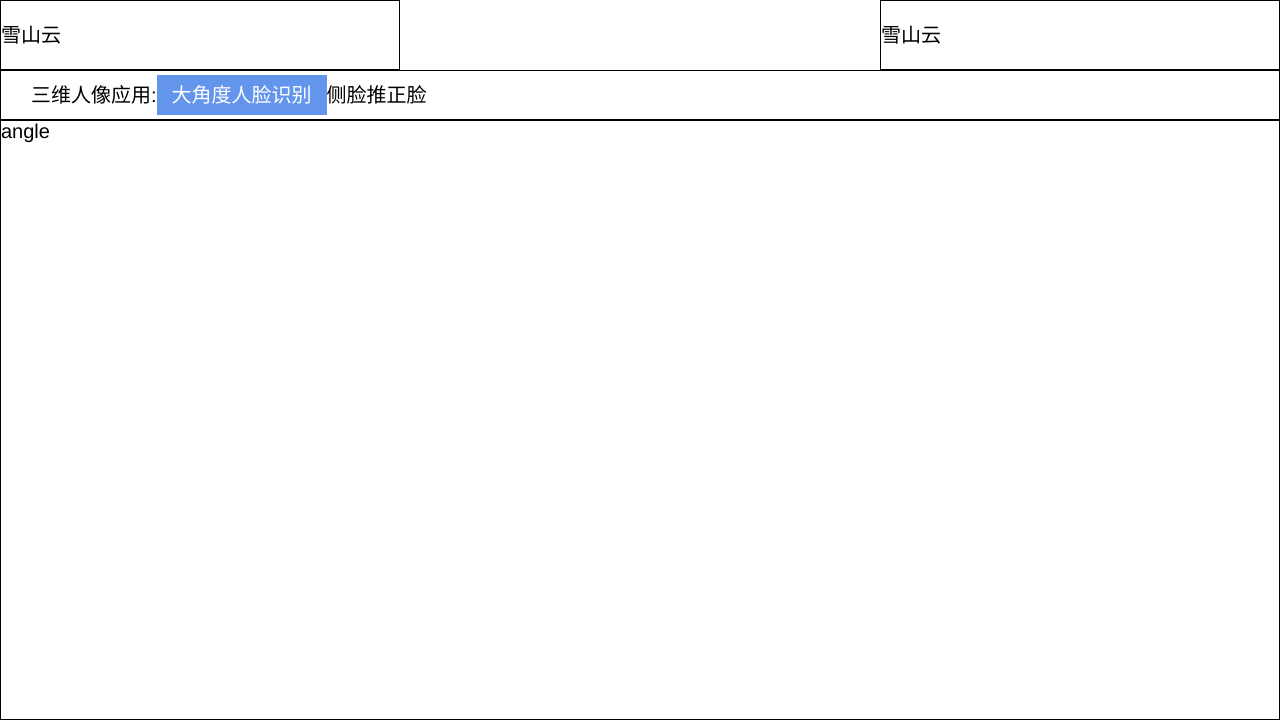
Repository: fyt2020/pubilcDemlo
Page: /
An editor plug-in stored every save of this project. The page is shown before and after the next save, followed by the edit.
The browser window is 1280 px wide. The pictures show the whole page.
The project was rebuilt for these pictures with package versions that can differ from the ones it lists, and the page was loaded fresh each time.

Above is the page before, as saved 2020-04-27 12:15:09.

After the next save:
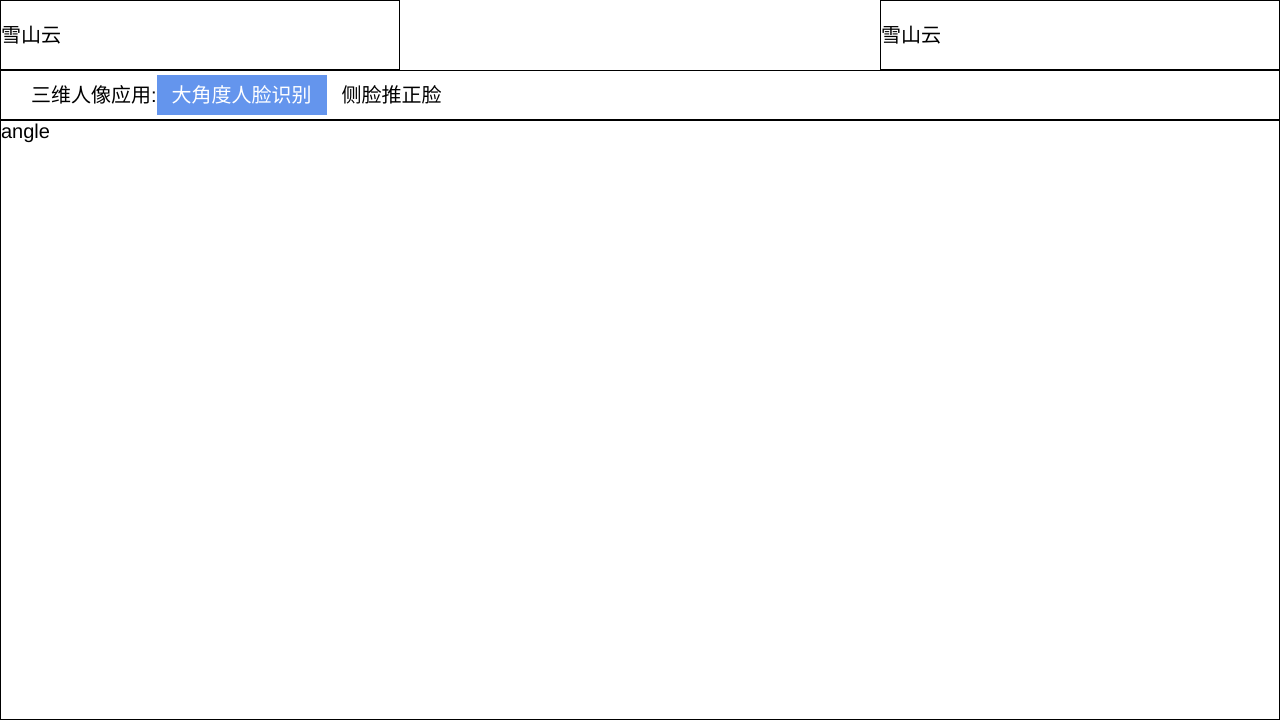
Saved 15 s later.
--- a/src/pages/Home.vue
+++ b/src/pages/Home.vue
@@ -15,7 +15,7 @@
       <div class="navigation">
             <span>三维人像应用:</span>
             <router-link tag="li" :to="{name:'bigAngle'}" class="navigation__item">大角度人脸识别</router-link>
-            <router-link tag="li" :to="{name:'face'}">侧脸推正脸</router-link>
+            <router-link tag="li" :to="{name:'face'}" class="navigation__item">侧脸推正脸</router-link>
       </div>
 
       <div class="content">
